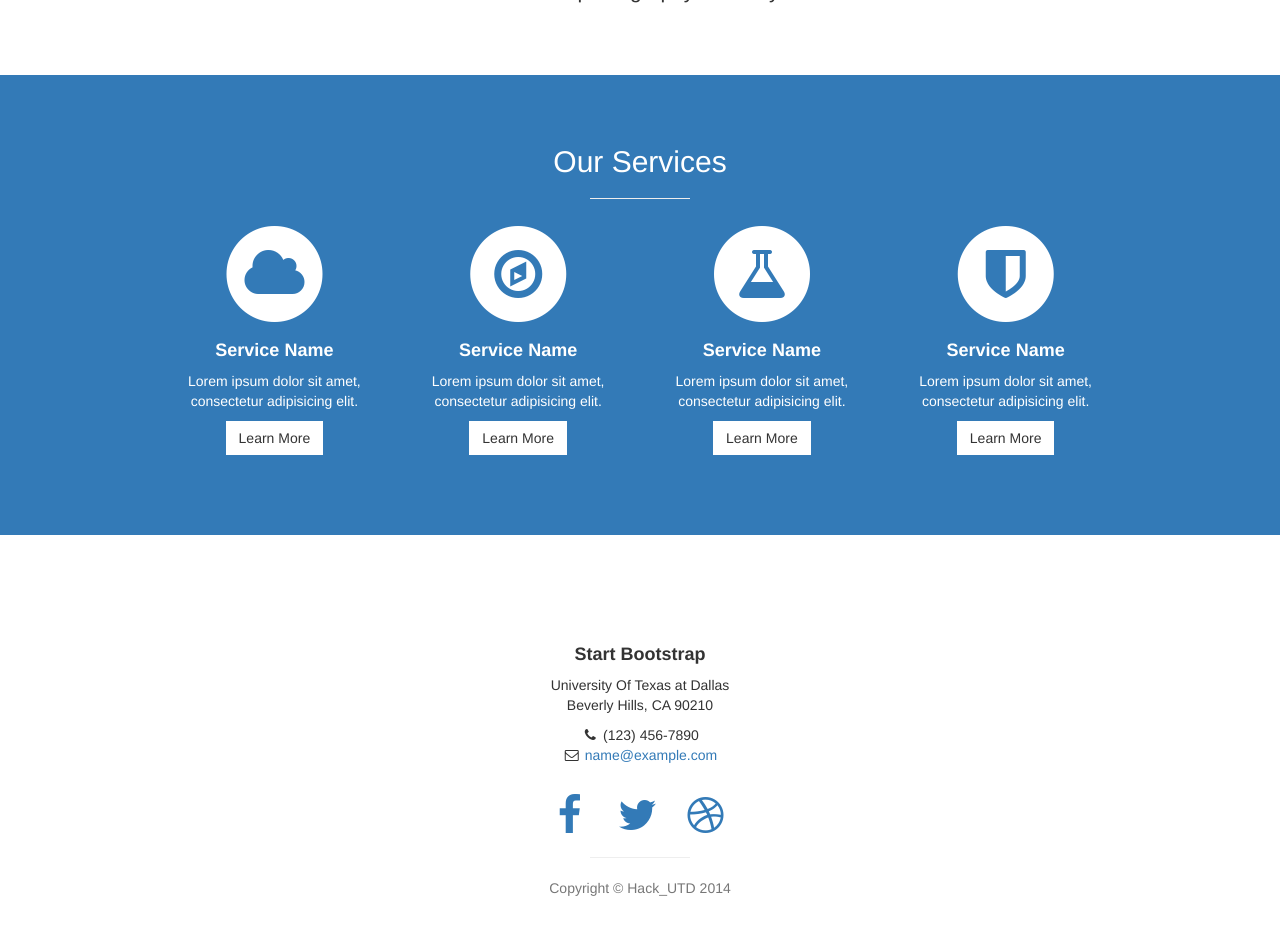
Repository: thomasronk/UTD_Hack
Page: http://localhost/route/Search
These files come from the project's save history. The page is drawn as it stood at one moment and after the next save; the edit follows.
The browser window is 1280 px wide. The pictures show the part of the page from y = 857 to 1809 px (the page is 1865 px tall before and 2131 px after).
Some web fonts or font styles are not loaded; a fallback is used. The page is served by Tomcat 9.

Above is the page before, as saved 2015-01-18 08:14:51.

After the next save:
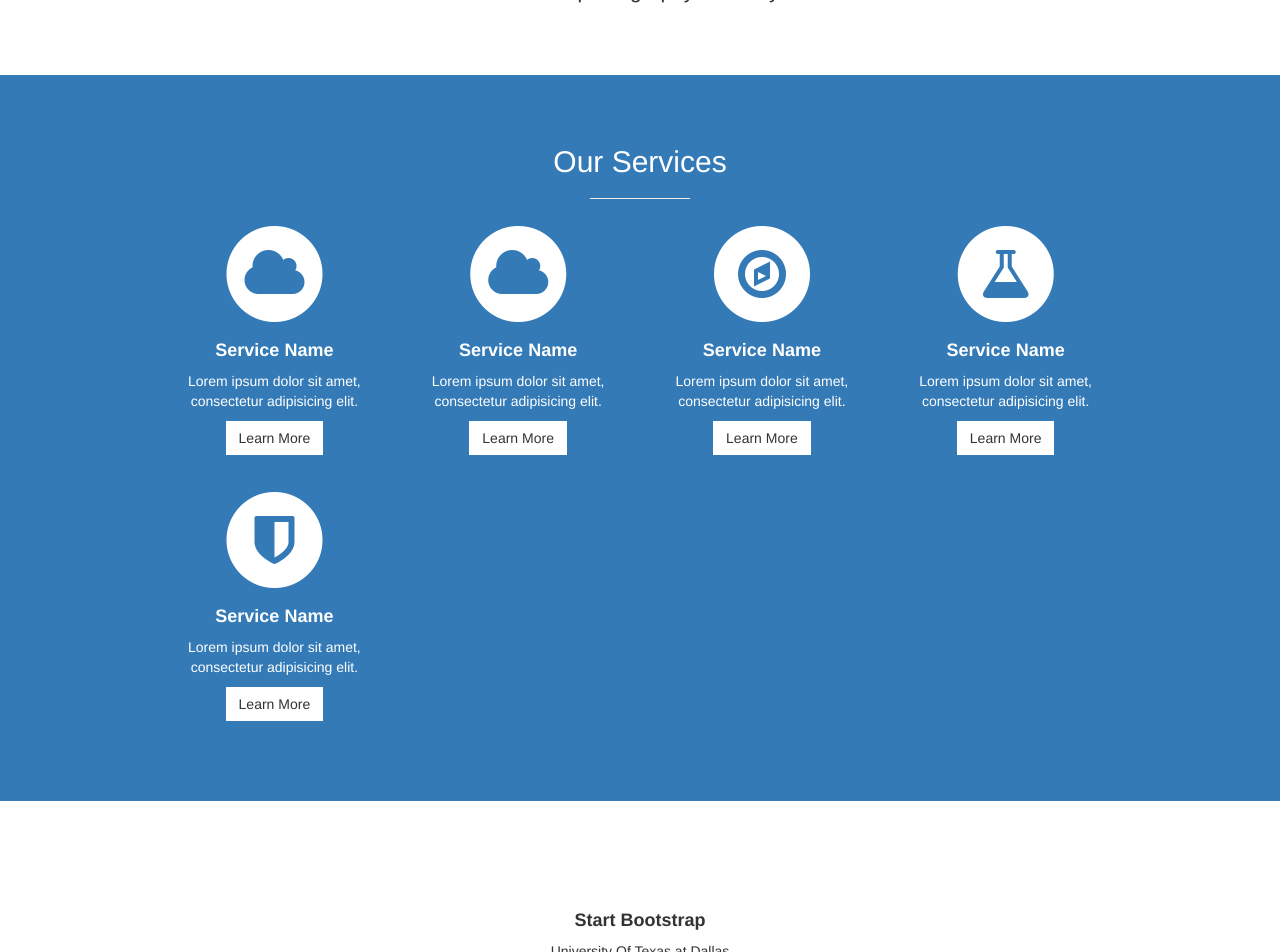
Saved 2 min 53 s later.
--- a/UTDHackWorkSpace/route/WebContent/WEB-INF/main.jsp
+++ b/UTDHackWorkSpace/route/WebContent/WEB-INF/main.jsp
@@ -93,6 +93,20 @@
                     <h2>Our Services</h2>
                     <hr class="small">
                     <div class="row">
+                        <div class="col-md-3 col-sm-6">
+                            <div class="service-item">
+                                <span class="fa-stack fa-4x">
+                                <i class="fa fa-circle fa-stack-2x"></i>
+                                <i class="fa fa-cloud fa-stack-1x text-primary"></i>
+                            </span>
+                                <h4>
+                                    <strong>Service Name</strong>
+                                </h4>
+                                <p>Lorem ipsum dolor sit amet, consectetur adipisicing elit.</p>
+                                <a href="#" class="btn btn-light">Learn More</a>
+                            </div>
+                        </div>
+
                         <div class="col-md-3 col-sm-6">
                             <div class="service-item">
                                 <span class="fa-stack fa-4x">
